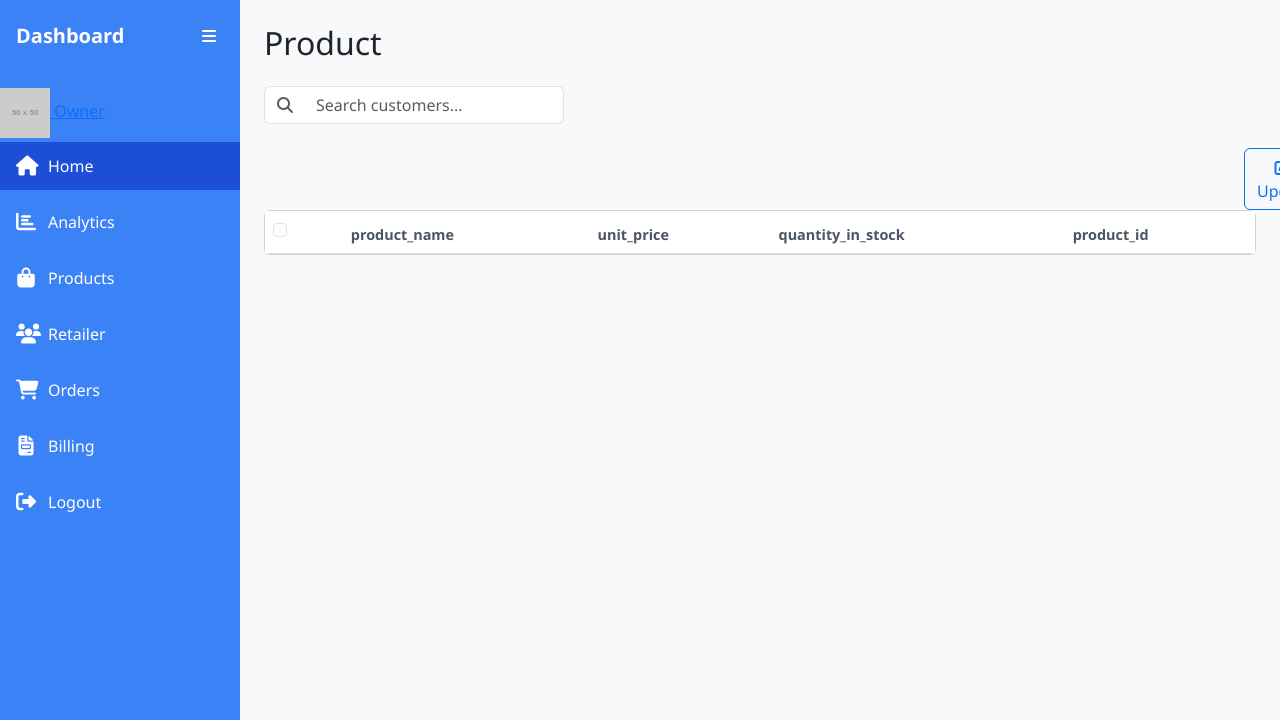
Repository: AditiAjitSalvi/Inventory_Managment
Page: http://localhost/Paper_inventory/Product.jsp
An editor plug-in stored every save of this project. The page is shown before and after the next save, followed by the edit.
The browser window is 1280 px wide. The pictures show the whole page.
The page is served by Tomcat 9. Queries for data that is not in the repository find no rows.

Above is the page before, as saved 2025-06-02 04:38:08.

### Paper_inventory/Paper_inventory/src/main/webapp/Product.jsp
<%@page import="java.sql.DriverManager"%>
<%@page import="com.mysql.cj.jdbc.Driver"%>
<%@page import="java.sql.ResultSet"%>
<%@page import="java.sql.Statement"%>
<%@page import="java.sql.Connection"%>
<%@ page language="java" contentType="text/html; charset=UTF-8"
	pageEncoding="UTF-8"%>



<!DOCTYPE html>
<html lang="en">
<head>
<meta charset="UTF-8">
<meta name="viewport" content="width=device-width, initial-scale=1.0">
<title>Product</title>
<!-- Bootstrap CSS -->
<link
	href="https://cdn.jsdelivr.net/npm/bootstrap@5.3.2/dist/css/bootstrap.min.css"
	rel="stylesheet">
<!-- Font Awesome for icons -->
<link rel="stylesheet"
	href="https://cdnjs.cloudflare.com/ajax/libs/font-awesome/6.4.2/css/all.min.css">
<!-- Custom CSS -->
<style>
/* Main Layout */
body {
	margin: 0;
	padding: 0;
	background-color: #f8f9fa;
	font-family: 'Segoe UI', Tahoma, Geneva, Verdana, sans-serif;
}

.dashboard-container {
	display: flex;
	min-height: 100vh;
}

/* Sidebar Styles */
.sidebar {
	width: 240px;
	background-color: #3b82f6; /* Blue 600 equivalent */
	color: white;
	transition: all 0.3s ease-in-out;
	display: flex;
	flex-direction: column;
}

.sidebar.collapsed {
	width: 64px;
}

.sidebar-header {
	display: flex;
	justify-content: space-between;
	align-items: center;
	padding: 16px;
}

.sidebar-title {
	font-size: 1.25rem;
	font-weight: bold;
	margin: 0;
}

.sidebar-toggle {
	background: transparent;
	border: none;
	color: white;
	cursor: pointer;
	padding: 8px;
}

.sidebar-toggle:hover {
	background-color: rgba(255, 255, 255, 0.1);
	border-radius: 4px;
}

.sidebar-menu {
	display: flex;
	flex-direction: column;
	padding-top: 16px;
}

.sidebar-link {
	display: flex;
	align-items: center;
	padding: 12px 16px;
	text-decoration: none;
	color: white;
	margin: 4px 0;
	transition: background-color 0.2s;
}

.sidebar-link:hover {
	background-color: #2563eb; /* Blue 700 equivalent */
	color: white;
}

.sidebar-link.active {
	background-color: #1d4ed8; /* Blue 800 equivalent */
	color: white;
}

.sidebar-link i {
	font-size: 1.25rem;
	width: 20px;
	text-align: center;
}

.sidebar-link .link-text {
	margin-left: 12px;
	white-space: nowrap;
}

.sidebar.collapsed .sidebar-title, .sidebar.collapsed .link-text {
	display: none;
}

/* Main Content */
.main-content {
	flex: 1;
	padding: 24px;
	overflow-y: auto;
}

/* Stat Cards */
.stat-card {
	border-radius: 8px;
	border: 1px solid rgba(0, 0, 0, 0.125);
	box-shadow: 0 1px 3px rgba(0, 0, 0, 0.1);
}

.stat-icon {
	font-size: 1.25rem;
	color: #6b7280; /* Text muted equivalent */
}

.stat-title {
	font-size: 0.875rem;
	color: #6b7280; /* Text muted equivalent */
	margin-bottom: 4px;
}

.stat-value {
	font-size: 1.5rem;
	font-weight: bold;
	margin: 0;
}

/* Status Badges */
.status {
	padding: 4px 8px;
	border-radius: 4px;
	font-size: 0.75rem;
	font-weight: 500;
	display: inline-block;
	text-align: center;
}

.status.active {
	background-color: #ecfdf5;
	color: #10b981; /* Green 500 equivalent */
}

.status.inactive {
	background-color: #fef2f2;
	color: #ef4444; /* Red 500 equivalent */
}

.status.new {
	background-color: #eff6ff;
	color: #3b82f6; /* Blue 500 equivalent */
}

/* Customers Page Styles */
.customers-container {
	max-width: 100%;
	margin: 0 auto;
}

.search-wrapper {
	width: 300px;
}

.customer-table {
	font-size: 0.9rem;
}

.customer-table th {
	font-weight: 600;
	color: #4b5563;
	border-bottom-width: 1px;
}

.customer-table td {
	vertical-align: middle;
}

.customer-table .form-check {
	margin: 2;
}

/* Responsive Adjustments */
@media ( max-width : 768px) {
	.sidebar {
		width: 64px;
	}
	.sidebar .sidebar-title, .sidebar .link-text {
		display: none;
	}
	.main-content {
		padding: 16px;
	}
	.customers-container .btn-group {
		display: flex;
		flex-direction: column;
	}
	.customers-container .btn-group .btn {
		margin-bottom: 8px;
		margin-right: 0 !important;
	}
	.search-wrapper {
		width: 100%;
		margin-bottom: 16px;
	}
}

.action-buttons {
	position: absolute;
	right: 20px;
	top: 150px;
	display: flex;
	gap: 10px;
}

@media ( max-width : 992px) {
	.customers-container .d-flex {
		flex-direction: column;
	}
	.customers-container .d-flex .btn {
		margin-bottom: 8px;
	}
}

.card:hover {
	transform: translateY(-5px);
	box-shadow: 0 10px 20px rgba(0, 0, 0, 0.1);
	transition: 0.3s ease;
}
</style>
</head>
<body>
	<div class="dashboard-container">
		<!-- Sidebar -->
		<div class="sidebar" id="sidebar">
			<div class="sidebar-header">
				<h2 class="sidebar-title">Dashboard</h2>
				<button class="btn sidebar-toggle" id="sidebarToggle">
					<i class="fa fa-bars"></i>
				</button>
			</div>
			<div class="sidebar-menu">
				<div class="profile">
					<a href="#" class="profile-link"> <img
						src="https://via.placeholder.com/50" alt="Owner"
						class="profile-image"> <span class="owner-name">Owner</span>
					</a>
				</div>
				<a href="Home.html" class="sidebar-link active"> <i
					class="fa fa-home"></i> <span class="link-text">Home</span>
				</a> <a href="#" class="sidebar-link"> <i class="fa fa-chart-bar"></i>
					<span class="link-text">Analytics</span>
				</a> <a href="Product.html" class="sidebar-link"> <i
					class="fa fa-shopping-bag"></i> <span class="link-text">Products</span>
				</a> <a href="Retailer.html" class="sidebar-link"> <i
					class="fa fa-users"></i> <span class="link-text">Retailer</span> <a
					href="Order.html" class="sidebar-link"> <i
						class="fa fa-shopping-cart"></i> <span class="link-text">Orders</span>
				</a>

				</a> <a href="#" class="sidebar-link"> <i class="fa fa-file-invoice"></i>
					<span class="link-text">Billing</span>
				</a> <a href="login.jsp" class="sidebar-link"> <i
					class="fa fa-sign-out-alt"></i> <span class="link-text">Logout</span>
				</a>

			</div>
		</div>

		<!-- Main Content -->
		<div class="main-content">
			<div class="customers-container">
				<div class="d-flex justify-content-between align-items-center mb-4">
					<h2 class="m-0">Product</h2>
					<div class="btn-group"></div>
				</div>

				<div class="d-flex justify-content-between align-items-center mb-4">
					<div class="search-wrapper">
						<div class="input-group">
							<span class="input-group-text bg-white border-end-0"> <i
								class="fa fa-search text-muted"></i>
							</span> <input type="text" class="form-control border-start-0"
								placeholder="Search customers...">
						</div>
					</div>
					<div class="d-flex">

						</button>
					</div>
				</div>
				<div class="d-flex"
					style="right: 50px; top: 150px; display: flex; gap: 10px; margin-left: 980px;">
					<button class="btn btn-outline-primary me-2">
						<i class="fa fa-edit me-1"></i> <span>Update</span>
					</button>

				</div>


				<div class="card">
					<div class="card-body p-0">
						<div class="table-responsive">
							<table class="table customer-table mb-0">
								<thead>
									<tr>
										<th>
											<div class="form-check">
												<input class="form-check-input" type="checkbox"
													id="selectAll"> <label class="form-check-label"
													for="selectAll"></label>
											</div>
										</th>
										<th>product_name</th>
										<th>unit_price</th>
										<th>quantity_in_stock</th>
										<th>product_id</th>

									</tr>
								</thead>
								<tbody>
									<%
									Connection conn = null;
									Statement stmt = null;
									ResultSet rs = null;

									String driverNm = "com.mysql.cj.jdbc.Driver";
									String url = "jdbc:mysql://localhost:3307/inventory";

									try {
										Class.forName(driverNm);
										conn = DriverManager.getConnection(url, "root", "");
										stmt = conn.createStatement();
										rs = stmt.executeQuery("SELECT * FROM products");

										while (rs.next()) {
									%>
									<tr>
										<td>
											<div class="form-check">
												<input class="form-check-input" type="checkbox">
											</div>
										</td>
										<td><%=rs.getString("product_name")%></td>
										<td><%=rs.getString("unit_price")%></td>
										<td><%=rs.getString("quantity_in_stock")%></td>
										<td><%=rs.getString("product_id")%></td>
									</tr>
									<%
									}
									} catch (Exception e) {
									out.println("Error: " + e.getMessage());
									} finally {
									try {
									if (rs != null)
										rs.close();
									} catch (Exception e) {
									}
									try {
									if (stmt != null)
										stmt.close();
									} catch (Exception e) {
									}
									try {
									if (conn != null)
										conn.close();
									} catch (Exception e) {
									}
									}
									%>

								</tbody>
							</table>
						</div>
					</div>
				</div>
			</div>
		</div>
	</div>

	<!-- Bootstrap Bundle with Popper -->
	<script
		src="https://cdn.jsdelivr.net/npm/bootstrap@5.3.2/dist/js/bootstrap.bundle.min.js"></script>
	<!-- Custom JS -->

	<script>
 // Wait for the DOM to be fully loaded
    document.addEventListener('DOMContentLoaded', function() {
        // Sidebar toggle functionality
        const sidebarToggle = document.getElementById('sidebarToggle');
        const sidebar = document.getElementById('sidebar');

        sidebarToggle.addEventListener('click', function() {
            sidebar.classList.toggle('collapsed');
        });

        // Check if we're on mobile
        function checkMobile() {
            if (window.innerWidth < 768) {
                sidebar.classList.add('collapsed');
            } else {
                sidebar.classList.remove('collapsed');
            }
        }

        // Initial check
        checkMobile();

        // Listen for window resize
        window.addEventListener('resize', checkMobile);

        // Select all checkbox functionality
        const selectAllCheckbox = document.getElementById('selectAll');
        if (selectAllCheckbox) {
            selectAllCheckbox.addEventListener('change', function() {
                const checkboxes = document.querySelectorAll('table .form-check-input');
                checkboxes.forEach(checkbox => {
                    checkbox.checked = selectAllCheckbox.checked;
                });
            });
        }

        // Individual checkbox change handler
        const checkboxes = document.querySelectorAll('table .form-check-input:not(#selectAll)');
        checkboxes.forEach(checkbox => {
            checkbox.addEventListener('change', function() {
                const allChecked = Array.from(checkboxes).every(cb => cb.checked);
                const someChecked = Array.from(checkboxes).some(cb => cb.checked);

                if (selectAllCheckbox) {
                    selectAllCheckbox.checked = allChecked;
                    selectAllCheckbox.indeterminate = someChecked && !allChecked;
                }
            });
        });

        // Search functionality
        const searchInput = document.querySelector('.search-wrapper input');
        if (searchInput) {
            searchInput.addEventListener('input', function() {
                const searchText = searchInput.value.toLowerCase();
                const rows = document.querySelectorAll('tbody tr');

                rows.forEach(row => {
                    const text = row.textContent.toLowerCase();
                    if (text.includes(searchText)) {
                        row.style.display = '';
                    } else {
                        row.style.display = 'none';
                    }
                });
            });
        }
    });
    </script>
</body>
</html>

After the next save:
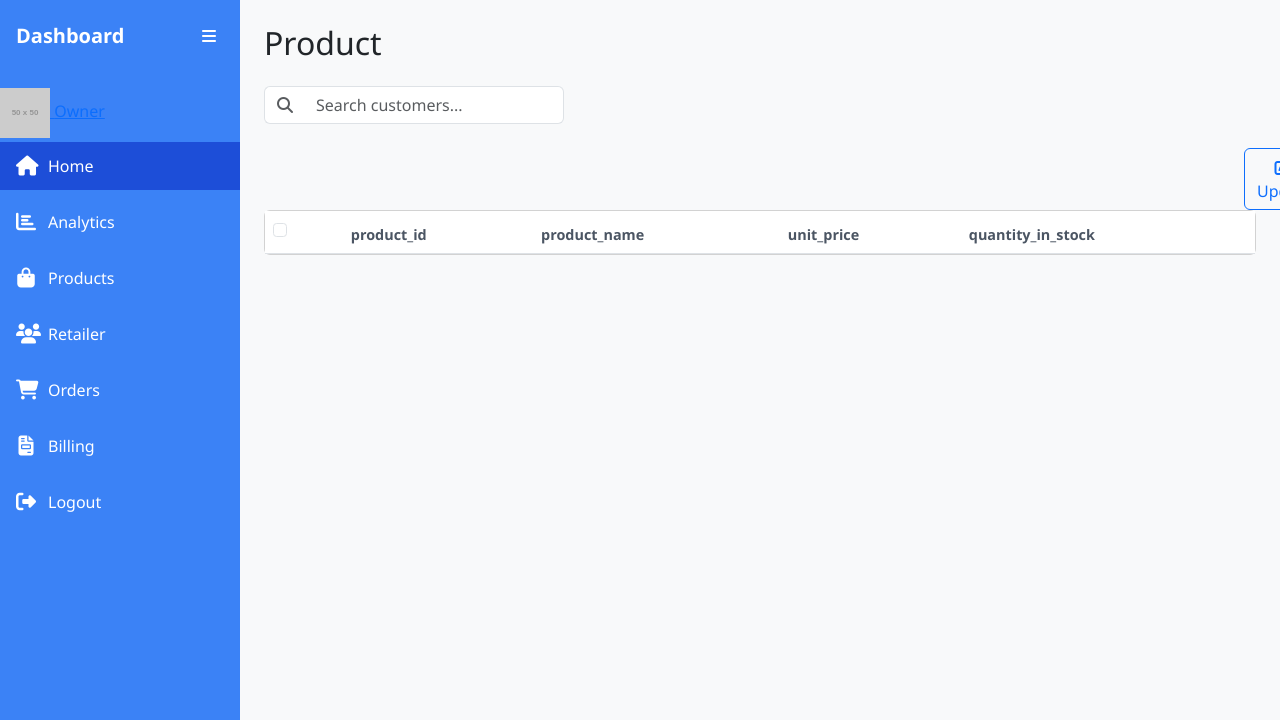
Saved 105 s later.
--- a/Paper_inventory/Paper_inventory/src/main/webapp/Product.jsp
+++ b/Paper_inventory/Paper_inventory/src/main/webapp/Product.jsp
@@ -332,10 +332,11 @@ body {
 													for="selectAll"></label>
 											</div>
 										</th>
+										<th>product_id</th>
 										<th>product_name</th>
 										<th>unit_price</th>
 										<th>quantity_in_stock</th>
-										<th>product_id</th>
+
 
 									</tr>
 								</thead>
